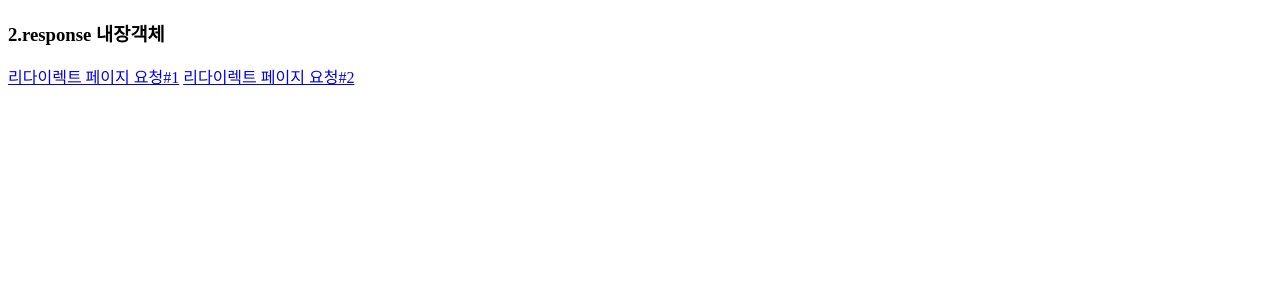
Repository: Jinwoooooooo/GCA_JSP
Page: http://localhost/ch03/2.response.jsp
An editor plug-in stored every save of this project. The page is shown before and after the next save, followed by the edit.
The browser window is 1280 px wide. The pictures show the whole page.
The page is served by Tomcat 9.

Above is the page before, as saved 2025-02-04 01:36:13.

### ch03/src/main/webapp/2.response.jsp
<%@ page language="java" contentType="text/html; charset=UTF-8"
    pageEncoding="UTF-8"%>
<!DOCTYPE html>
<html>
<head>
<meta charset="UTF-8">
<title>2.response</title>

<!--
	날짜 : 2025/02/04
	이름 : 정진우
	내용 : JSP 내장객체 request 실습하기
-->

</head>
<body>
	<h3>2.response 내장객체</h3>

	<a href="./proc/redirect1.jsp">리다이렉트 페이지 요청#1</a>
	<a href="./proc/redirect2.jsp">리다이렉트 페이지 요청#2</a>
</body>
</html>

After the next save:
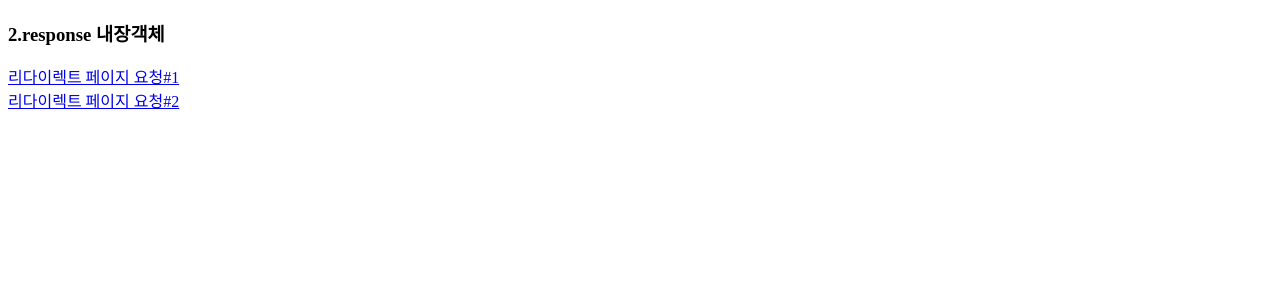
Saved 26 s later.
--- a/ch03/src/main/webapp/2.response.jsp
+++ b/ch03/src/main/webapp/2.response.jsp
@@ -16,7 +16,7 @@
 <body>
 	<h3>2.response 내장객체</h3>
 
-	<a href="./proc/redirect1.jsp">리다이렉트 페이지 요청#1</a>
+	<a href="./proc/redirect1.jsp">리다이렉트 페이지 요청#1</a><br>
 	<a href="./proc/redirect2.jsp">리다이렉트 페이지 요청#2</a>
 </body>
 </html>
